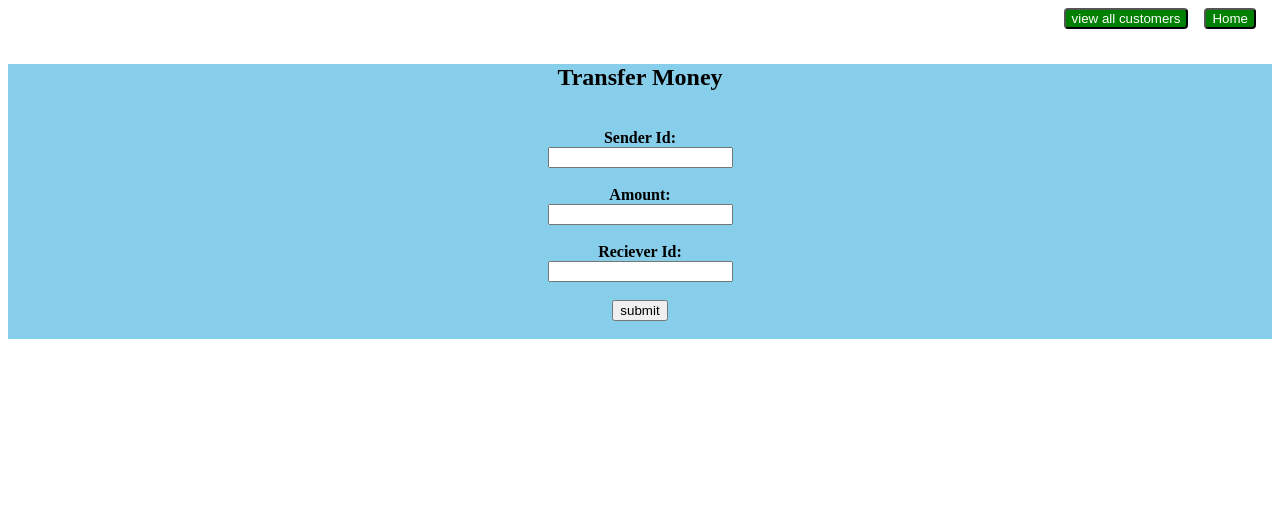
Repository: BarnalaManognaram/sparxintern
Page: sparx_internship/sparx/src/main/webapp/transfer.html
These files come from the project's save history. The page is drawn as it stood at one moment and after the next save; the edit follows.
The browser window is 1280 px wide. The pictures show the whole page.

Above is the page before, as saved 2021-09-19 16:31:53.

After the next save:
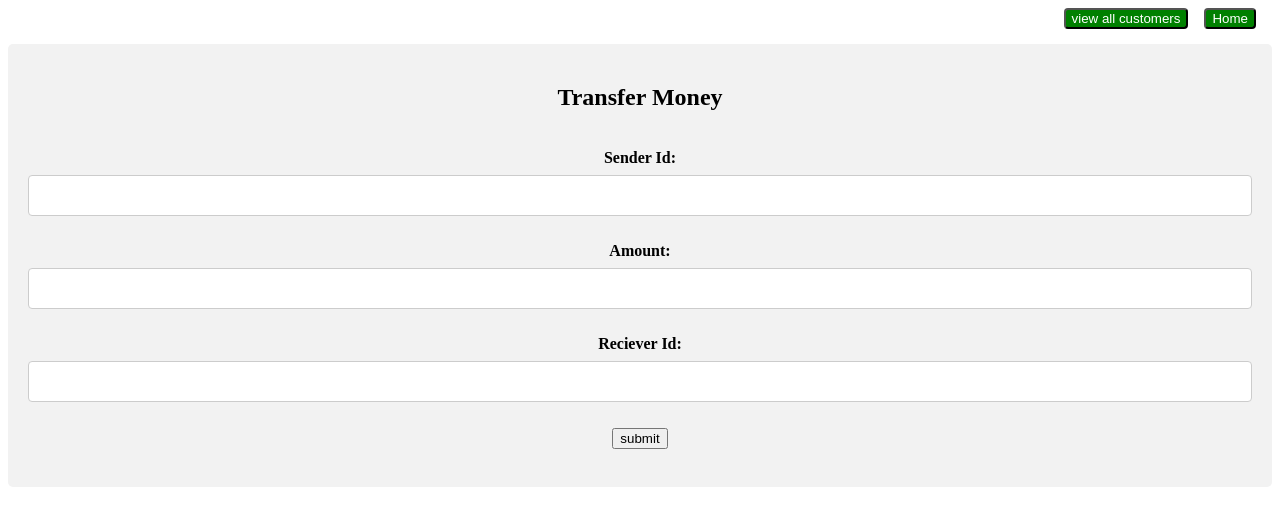
Saved 90 s later.
--- a/sparx_internship/sparx/src/main/webapp/transfer.html
+++ b/sparx_internship/sparx/src/main/webapp/transfer.html
@@ -19,7 +19,35 @@
   </center>
 </body>
 <style>
-.back{
-	background-color:skyblue;
-}</style>
+input[type=text], select {
+  width: 100%;
+  padding: 12px 20px;
+  margin: 8px 0;
+  display: inline-block;
+  border: 1px solid #ccc;
+  border-radius: 4px;
+  box-sizing: border-box;
+}
+
+input[type=submit] {
+  width: 100%;
+  background-color: #4CAF50;
+  color: white;
+  padding: 14px 20px;
+  margin: 8px 0;
+  border: none;
+  border-radius: 4px;
+  cursor: pointer;
+}
+
+input[type=submit]:hover {
+  background-color: #45a049;
+}
+
+div {
+  border-radius: 5px;
+  background-color: #f2f2f2;
+  padding: 20px;
+}
+</style>
 </html>
